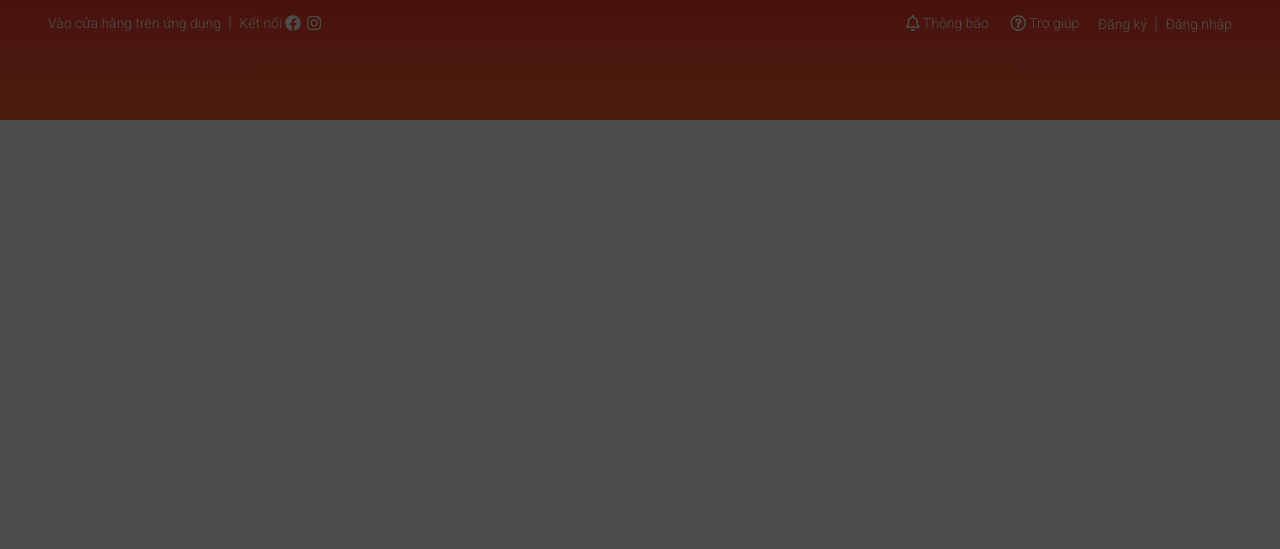
Repository: kebinh1235/Shopee-Demo
Page: index.html
An editor plug-in stored every save of this project. The page is shown before and after the next save, followed by the edit.
The browser window is 1280 px wide. The pictures show the whole page.

Above is the page before, as saved 2021-10-01 21:47:16.

### index.html
<!DOCTYPE html>
<html lang="en">

<head>
  <meta charset="UTF-8">
  <meta http-equiv="X-UA-Compatible" content="IE=edge">
  <meta name="viewport" content="width=device-width, initial-scale=1.0">
  <title>F8 Shop</title>
  <link rel="stylesheet" href="./asset/css/main.css">
  <link rel="stylesheet" href="./asset/css/base.css">
  <link rel="stylesheet" href="https://cdnjs.cloudflare.com/ajax/libs/font-awesome/5.15.4/css/all.min.css">
</head>

<body>
  <div class="app">
    <header class="header">
      <div class="grid">
        <nav class="header__navbar">
          <ul class="header__navbar-list">
            <li class="header__navbar-item header__item-separator">
              Vào cửa hàng trên ứng dụng
              <div class="header__navbar-QRCode">
                <div class="header__navbar-QRCode-img">
                  <img
                    src="https://upload.wikimedia.org/wikipedia/commons/thumb/d/d0/QR_code_for_mobile_English_Wikipedia.svg/1200px-QR_code_for_mobile_English_Wikipedia.svg.png"
                    alt="">
                </div>
                <div class="header__navbar-QRCode-social">
                  <a class="header__navbar-QRCode-link" href="#">
                    <i class="fab fa-google header__navbar-QRCode-icon-google"></i>
                    <span class="header__navbar-QRCode-title-google">Google</span>
                  </a>
                  <a class="header__navbar-QRCode-link" href="#">
                    <i class="fab fa-facebook header__navbar-QRCode-icon-facebook"></i>
                    <span class="header__navbar-QRCode-title-facebook">Facebook</span>
                  </a>
                </div>
              </div>
            </li>
            <li class="header__navbar-item">
              <span class="user__select-none">Kết nối</span>
              <a class="header__navbar-link-icon" href="#">
                <i class="fab fa-facebook header__navbar-icon"></i>
              </a>
              <a class="header__navbar-link-icon" href="#">
                <i class="fab fa-instagram header__navbar-icon"></i>
              </a>
            </li>
          </ul>
          <ul class="header__navbar-list">
            <li class="header__navbar-item">
              <a href="#" class="header__navbar-link">
                <i class="far fa-bell header__navbar-icon"></i>
                Thông báo
              </a>
              <div class="header__navbar-notification">
                <div class="header__navbar-noti-heading">
                  <h3>Thông báo nhận hàng</h3>
                </div>
                <ul class="header__navbar-noti-list">
                  <li class="header__navbar-noti-list-item header__navbar-noti-list-viewd">
                    <a class="header__navbar-noti-list-link" href="#">
                      <img src="https://www.oberlo.com/media/1603958036-new-products.jpg" alt="">
                      <div class="header_navbar-noti-content">
                        <span class="header_navbar-noti-name">Xác thực chính hãng nguồn gốc các sản phẩm Ohui</span>
                        <span class="header_navbar-noti-description">Xác thực chính hãng nguồn gốc các sản phẩm
                          Ohui</span>
                      </div>
                    </a>
                  </li>
                  <li class="header__navbar-noti-list-item header__navbar-noti-list-viewd">
                    <a class="header__navbar-noti-list-link" href="#">
                      <img src="https://www.oberlo.com/media/1603958036-new-products.jpg" alt="">
                      <div class="header_navbar-noti-content">
                        <span class="header_navbar-noti-name">Xác thực chính hãng nguồn gốc các sản phẩm Ohui</span>
                        <span class="header_navbar-noti-description">Xác thực chính hãng nguồn gốc các sản phẩm
                          Ohui</span>
                      </div>
                    </a>
                  </li>
                  <li class="header__navbar-noti-list-item">
                    <a class="header__navbar-noti-list-link" href="#">
                      <img src="https://www.oberlo.com/media/1603958036-new-products.jpg" alt="">
                      <div class="header_navbar-noti-content">
                        <span class="header_navbar-noti-name">Xác thực chính hãng nguồn gốc các sản phẩm Ohui</span>
                        <span class="header_navbar-noti-description">Xác thực chính hãng nguồn gốc các sản phẩm
                          Ohui</span>
                      </div>
                    </a>
                  </li>
                </ul>
                <div class="header__navbar-noti-footer">
                  <a class="header__navbar-noti-footer-link" href="#">Xem tất cả</a>
                </div>
              </div>
            </li>
            <li class="header__navbar-item">
              <a href="#" class="header__navbar-link">
                <i class="far fa-question-circle header__navbar-icon"></i>
                Trợ giúp
              </a>
            </li>
            <li class="header__navbar-item">
              <a href="#" class="header__navbar-link header__item-bold header__item-separator">Đăng ký</a>
            </li>
            <li class="header__navbar-item">
              <a href="#" class="header__navbar-link header__item-bold">Đăng nhập</a>
            </li>
          </ul>
        </nav>
      </div>
    </header>

    <div class="container">

    </div>

    <div class="footer">

    </div>
    <!--Modal-->
    <div class="modal">
      <div class="modal__overlay"></div>
      <div class="modal__body">
        <div class="modal__inner">
          <div class="auth__form">
            <div class="auth__form-heading">

            </div>
            <div class="auth__form-form">
              <div class="auth__form-group">

              </div>
            </div>
            <div class="auth__form-note">

            </div>
            <div class="auth__form-controls">

            </div>
            <div class="auth__form-social">

            </div>
          </div>
        </div>
      </div>
    </div>
  </div>
</body>

</html>

### asset/css/main.css
.header {
  height: 120px;
  background: linear-gradient(0, #fe6433, #f53e2d)
}
.header__navbar {
  display: flex;
  justify-content: space-between;
  padding: 10px 0;
}
.header__navbar-QRCode{
  background: white;
  height: 200px;
  position: absolute;
  top: 30px;
  padding: 10px;
  display: none;
  animation: fadeIn ease-out .8s;
}
.header__navbar-item:hover .header__navbar-QRCode {
  display: block;
}
.header__navbar-item:hover .header__navbar-notification {
  display: block;
}
.header__navbar-QRCode-img{
  width: 160px;
}
.header__navbar-QRCode-img img {
  width: 100%;
}
.header__navbar-QRCode-social {
  display: flex;
  align-items: center;
  justify-content: space-between;
}
.header__navbar-QRCode-social:before {
  content: '';
  position: absolute;
  top: -8px;
  left: 0;
  width: 100%;
  height: 10px;
  background: transparent;
}
.header__navbar-QRCode-link {
  font-size: 1.4rem;
  color: var(--text-color);
}
.header__navbar-QRCode-title-google:hover {
  color: #ff1100;
  transition: var(--transition-primary);
}
.header__navbar-QRCode-title-facebook:hover {
  color: blue;
  transition: var(--transition-primary);
}
.header__navbar-QRCode-icon-google {
  color: #ff1100;
}
.header__navbar-QRCode-icon-facebook {
  color: blue;
}
.header__navbar-list {
  list-style: none;
}
.header__navbar-item {
  margin: 0 8px;
  position: relative;
  min-height: 26px;
}
.header__item-separator::after {
  content: '';
  position: absolute;
  right: -10px;
  top: 50%;
  transform: translateY(-50%);
  height: 12px;
  border: 1px solid #FB9086;
}
.header__navbar-item,
.header__navbar-link {
  display: inline-block;
  font-size: 1.4rem;
  color: var(--white-color);
  text-decoration: none;
  font-weight: 300;
}
.header__navbar-item:hover,
.header__navbar-link:hover,
.header__navbar-link-icon:hover {
  cursor: pointer;
  color: rgba(255, 255, 255, 0.7);
}
.header__navbar-item,
.header__navbar-link,
.header__navbar-link-icon {
  display: inline-flex;
  align-items: center;
}
.header__navbar-link-icon {
  color: var(--white-color);
}
.header__navbar-icon {
  font-size: 1.6rem;
  margin: 0 3px;
}
.header__item-bold {
  font-weight: 500;
}
.user__select-none {
  cursor: text;
  color: var(--white-color);
}
.header__navbar-notification{
  position: absolute;
  top: 35px;
  right: 0;
  width: 404px;
  background: var(--white-color);
  display: none;
  box-shadow: rgba(0, 0, 0, 0.16) 0px 1px 4px;
  animation: growthUp ease-in .3s;
  will-change: opacity, transform, scale;
  transform-origin: calc(100% - 20px) top;
}
.header__navbar-notification:before {
  content: "";
  position: absolute;
  top: -10px;
  right: 0;
  width: 100%;
  background: transparent;
  height: 15px;
}
.header__navbar-notification:after {
  content: "";
  position: absolute;
  top: -32px;
  right: 10px;
  border: 20px solid #000;
  border-color: transparent transparent var(--white-color) transparent;
}
.header__navbar-noti-heading{
  padding: 10px;
  box-shadow: rgba(0, 0, 0, 0.16) 0px 1px 4px;
  cursor: default;
}
.header__navbar-noti-heading h3 {
  font-size: 1.6rem;
  color: var(--text-color);
}
.header__navbar-noti-list{
  list-style: none;
  box-shadow: rgba(0, 0, 0, 0.16) 0px 1px 1px;
}
.header__navbar-noti-list-item{
  padding: 8px 10px;
}
.header__navbar-noti-list-viewd{
  background: #ffe3e3;
}
.header__navbar-noti-list-item:hover{
  background: #f3c8c8;
  transition: var(--transition-primary);
}
.header__navbar-noti-list-link{
  display: inline-flex;
  align-items: center;
}
.header__navbar-noti-list-link img{
  width: 60px;
  object-fit: contain;
}
.header_navbar-noti-content{
  padding-left: 10px;
}
.header_navbar-noti-name{
  font-size: 1.4rem;
  font-weight: bold;
  color: var(--text-color);
  margin-bottom: 5px;
  line-height: 2rem;
  text-align: justify;
  display: block;
}
.header_navbar-noti-description{
  font-size: 1.3rem;
  color: var(--text-color-rgb-black);
  display: block;
}
.header__navbar-noti-footer{
  padding: 10px;
  text-align: center;
  box-shadow: rgba(0, 0, 0, 10px) 0px 1px 1px;
}
.header__navbar-noti-footer-link{
  color: var(--text-color-rgb-black);
}

/*Start Modal*/
.modal{
  position: fixed;
  /* top: 0;
  right: 0;
  bottom: 0;
  left: 0; */
  inset: 0;
  display: flex;
}
.modal__overlay{
  position: absolute;
  width: 100%;
  height: 100%;
  background: rgba(0, 0, 0, 0.7);
}
.modal__body{
  width: 300px;
  height: 300px;
  margin: auto;
  background: #fff;
}
.modal__inner{

}
.auth__form{

}
.auth__form-heading{

}
.auth__form-form{

}
.auth__form-group{

}
.auth__form-note{

}
.auth__form-controls{

}
.auth__form-social{

}
/*End Modal*/

### asset/css/base.css
@import url('https://fonts.googleapis.com/css2?family=Roboto:wght@300&display=swap');
:root {
  --white-color: #fff;
  --black-color: #000;
  --text-color: #333;
  --text-color-rgb-black: rgba(0, 0, 0, 0.7);
  --transition-primary: all .2s linear;
}

* {
  margin: 0;
  padding: 0;
  box-sizing: inherit;
  text-decoration: none;
}

html {
  font-size: 62.5%;
  line-height: 1.6rem;
  border: none;
  outline: none;
  overflow: hidden;
  box-sizing: border-box;
  font-family: 'Roboto', sans-serif;
}

.grid {
  width: 1200px;
  max-width: 100%;
  margin: 0 auto;
}

.grid__full-width {
  width: 100%;
}

.grid__row {
  display: flex;
  flex-wrap: wrap;
}

/*Animation*/
@keyframes fadeIn {
  0% {
    opacity: 0;
  }
  100% {
    opacity: 1;
  }
}

@keyframes growthUp {
  0% {
    opacity: 0;
    transform: scale(0);
  }
  100% {
    opacity: 1;
    transform: scale(1);
  }
}

After the next save:
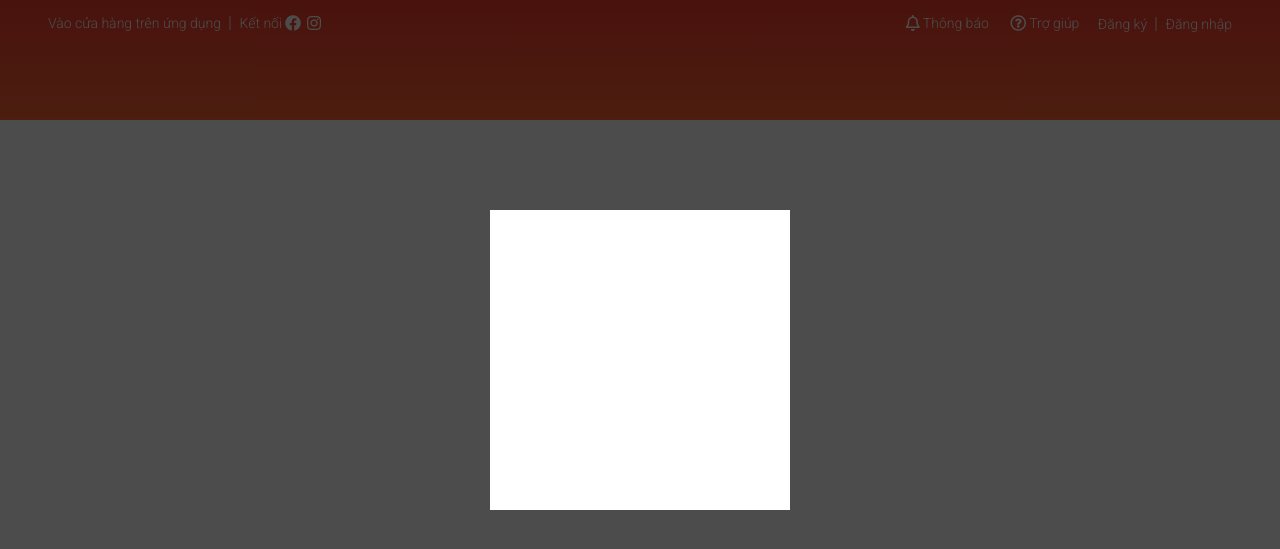
Saved 13 s later.
--- a/asset/css/main.css
+++ b/asset/css/main.css
@@ -218,6 +218,7 @@
   height: 300px;
   margin: auto;
   background: #fff;
+  z-index: 1;
 }
 .modal__inner{
 
